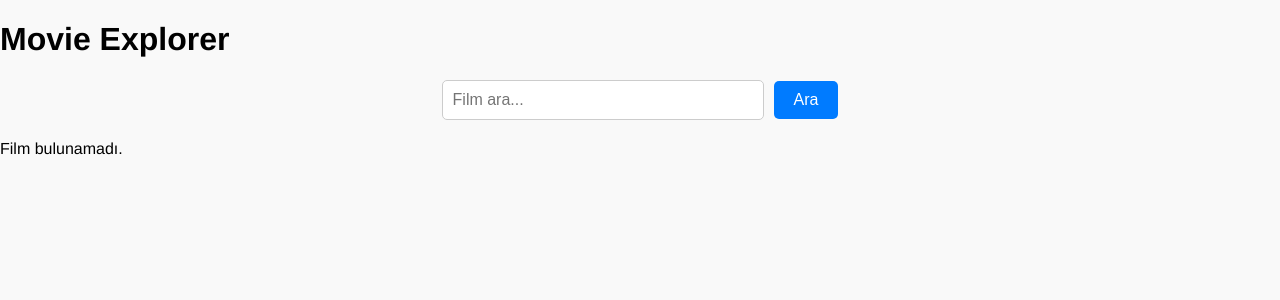
Repository: denizdizi/movie-explorer
Page: /
The author's editor kept a copy of each file at every save. The page is drawn from the files as they stood at one save, then again after the next save.
The browser window is 1280 px wide. The pictures show the whole page.
The page's requests for data from a server got no answer. The project was rebuilt for these pictures with package versions that can differ from the ones it lists, and the page was loaded fresh each time. No one was signed in, and anything a server would have sent is missing. Also part of the build but not shown: src/App.css, src/components/MovieCard.js.

Above is the page before, as saved 2025-03-28 11:09:54.

### src/index.js
import React from 'react';
import ReactDOM from 'react-dom/client';
import './index.css';
import App from './App';
import reportWebVitals from './reportWebVitals';
import { Provider } from 'react-redux';
import store from "./store/store";

const root = ReactDOM.createRoot(document.getElementById('root'));
root.render(
  <Provider store={store}>
    <App />
  </Provider>
);

// If you want to start measuring performance in your app, pass a function
// to log results (for example: reportWebVitals(console.log))
// or send to an analytics endpoint. Learn more: https://bit.ly/CRA-vitals
reportWebVitals();

### src/App.js
import './App.css';
import React from "react";
import { BrowserRouter as Router, Routes, Route } from "react-router-dom";
import Home from "./pages/Home";
import "./styles/global.scss";

function App() {
  return (
    <Router>
      <Routes>
        <Route path="/" element={<Home />} />
        {/* <Route path="/movie/:id" element={<MovieDetails />} /> */}
      </Routes>
    </Router>
  );
}

export default App;

### src/store/store.js
import { createStore, applyMiddleware, combineReducers } from "redux";
import { thunk } from "redux-thunk";
import movieReducer from "./reducers";

const rootReducer = combineReducers({
  movies: movieReducer,
});

const store = createStore(rootReducer, applyMiddleware(thunk));

export default store;

### src/pages/Home.js
import React, { useEffect } from "react";
import { useDispatch, useSelector } from "react-redux";
import { fetchMovies } from "../store/actions";
import MovieList from "../components/MovieList";
import SearchBar from "../components/SearchBar";

const Home = () => {
  const dispatch = useDispatch();
  const { movies, loading, error } = useSelector((state) => state.movies);

  useEffect(() => {
    dispatch(fetchMovies("pokemon")); // Varsayılan olarak bir film listesi getir
  }, [dispatch]);

  return (
    <div>
      <h1>Movie Explorer</h1>
      <SearchBar />
      {loading && <p>Yükleniyor...</p>}
      {error && <p>Hata: {error}</p>}
      <MovieList movies={movies} />
    </div>
  );
};

export default Home;

### src/styles/global.scss
body {
    font-family: 'Franklin Gothic Medium', 'Arial Narrow', Arial, sans-serif;
    background-color: #f9f9f9;
}

.movie-list {
    justify-content: center;
}

.movie-line {
  display: flex;
  align-items: center;
  margin-bottom: 2em;
  background-color: #f9f9f9;
  gap: 2em;
  justify-content: center;
}

.movie-card {
  width: 200px; /* Kartın genişliği */
  height: 300px; /* Kartın yüksekliği */
  border-radius: 10px; /* Köşeleri yuvarlat */
  box-shadow: 0 4px 8px rgba(0, 0, 0, 0.2); /* Gölgelendirme */
  overflow: hidden; /* İçerik taşmasını engelle */
  background-color: #fff; /* Arka plan beyaz */
  display: flex;
  flex-direction: column; /* İçeriği dikey yerleştir */
  align-items: center;
  justify-content: flex-start; /* Başlık ve içerikler üst kısımda yer alsın */
  padding: 10px;
  border: 1px solid #ddd; /* Çerçeve */
}

.img-container {
  width: 100%; /* Konteynerin genişliği */
  height: 60%; /* Resmin yüksekliği */
  overflow: hidden;
  padding: 0; /* Paddingi sıfırlayın */
  display: flex;
  justify-content: center;
  align-items: center; /* Resmin ortalanması için */
  border-radius: 5px;
}

.img-container img {
  width: 100%;
  height: 100%;
  object-fit: cover; /* Resmi konteynere tam sığdır */
  object-position: center;
}

.movie-card h3 {
  margin-top: 10px;
  font-size: 16px;
  text-align: center;
}

@media (max-width: 700px) {
  .movie-line {
    flex-direction: column;
  }

  .img-container {
    height: 60%; /* Küçük ekranlarda img-container yüksekliğini azaltın */
  }
}

.search-bar {
    display: flex;
    align-items: center;
    justify-content: center;
    margin: 20px 0;
  }

  .input-wrapper {
    display: flex;
    position: relative;
  }

  .search-input {
    padding: 10px;
    font-size: 1rem;
    border-radius: 5px;
    border: 1px solid #ccc;
    width: 300px;
    transition: all 0.3s ease;
  }

  .search-input:focus {
    border-color: #007bff;
    outline: none;
  }

  .clear-btn {
    position: absolute;
    top: 50%;
    right: 10px;
    transform: translateY(-50%);
    background: none;
    border: none;
    font-size: 18px;
    color: #ccc;
    cursor: pointer;
    transition: color 0.3s;
  }

  .clear-btn:hover {
    color: #007bff;
  }

  .search-btn {
    padding: 10px 20px;
    background-color: #007bff;
    color: white;
    border: none;
    border-radius: 5px;
    cursor: pointer;
    margin-left: 10px;
    font-size: 1rem;
  }

  .search-btn:hover {
    background-color: #0056b3;
  }

### src/store/reducers.js
import { FETCH_MOVIES_REQUEST, FETCH_MOVIES_SUCCESS, FETCH_MOVIES_FAILURE } from "./actions";

const initialState = {
  movies: [],
  loading: false,
  error: null,
};

const movieReducer = (state = initialState, action) => {
  switch (action.type) {
    case FETCH_MOVIES_REQUEST:
      return { ...state, loading: true };
    case FETCH_MOVIES_SUCCESS:
      return { ...state, loading: false, movies: action.payload };
    case FETCH_MOVIES_FAILURE:
      return { ...state, loading: false, error: action.payload };
    default:
      return state;
  }
};

export default movieReducer;

### src/store/actions.js
import { searchMovies } from "../utils/api";

export const FETCH_MOVIES_REQUEST = "FETCH_MOVIES_REQUEST";
export const FETCH_MOVIES_SUCCESS = "FETCH_MOVIES_SUCCESS";
export const FETCH_MOVIES_FAILURE = "FETCH_MOVIES_FAILURE";

export const fetchMovies = (query = "pokemon", page = 1) => async (dispatch) => {
  dispatch({ type: FETCH_MOVIES_REQUEST });

  try {
    const movies = await searchMovies(query, page);
    dispatch({ type: FETCH_MOVIES_SUCCESS, payload: movies });
  } catch (error) {
    dispatch({ type: FETCH_MOVIES_FAILURE, payload: error.message });
  }
};

### src/components/MovieList.js
import React from "react";
import MovieCard from "./MovieCard";

const MovieList = ({ movies }) => {
  if (!movies || movies.length === 0) {
    return <p>Film bulunamadı.</p>;
  }

  return (
    <div className="movie-list">
      <div className="row movie-line">
        {movies.slice(0, 5).map((movie) => (
          <MovieCard key={movie.imdbID} movie={movie} />
        ))}
      </div>
      <div className="row movie-line">
        {movies.slice(5, 10).map((movie) => (
          <MovieCard key={movie.imdbID} movie={movie} />
        ))}
      </div>
    </div>
  );
};

export default MovieList;

### src/components/SearchBar.js
import React, { useState } from "react";
import { useDispatch } from "react-redux";
import { fetchMovies } from "../store/actions";

const SearchBar = () => {
  const [query, setQuery] = useState("");
  const dispatch = useDispatch();

  const handleSearch = (e) => {
    e.preventDefault();
    if (query.trim() !== "") {
      dispatch(fetchMovies(query));
    }
  };

  return (
    <form onSubmit={handleSearch} className="search-bar">
      <div className="input-wrapper">
        <input
          type="text"
          placeholder="Film ara..."
          value={query}
          onChange={(e) => setQuery(e.target.value)}
          className="search-input"
        />
      </div>
      <button type="submit" className="search-btn">
        Ara
      </button>
    </form>
  );
};

export default SearchBar;

### src/utils/api.js
import axios from "axios";

const API_KEY = "df54e6ed";
const BASE_URL = "https://www.omdbapi.com/";

export const searchMovies = async (text = "pokemon", page = 1) => {
  try {
    const response = await axios.get(BASE_URL, {
      params: {
        apikey: API_KEY,
        s: text,
        page: page,
      },
    });
    return response.data.Search;
  } catch (error) {
    console.error("Film arama hatası:", error);
    return [];
  }
};

export const getMovieDetails = async (movieID) => {
  try {
    const response = await axios.get(BASE_URL, {
      params: {
        apikey: API_KEY,
        i: movieID,
      },
    });
    return response.data;
  } catch (error) {
    console.error("Film detaylarını getirme hatası:", error);
    return null;
  }
};

Loaded but not shown: public/index.html (common file); src/index.css (common file); src/reportWebVitals.js (common file); src/styles/movie.scss (no stored copy; drawn as an empty file)

After the next save:
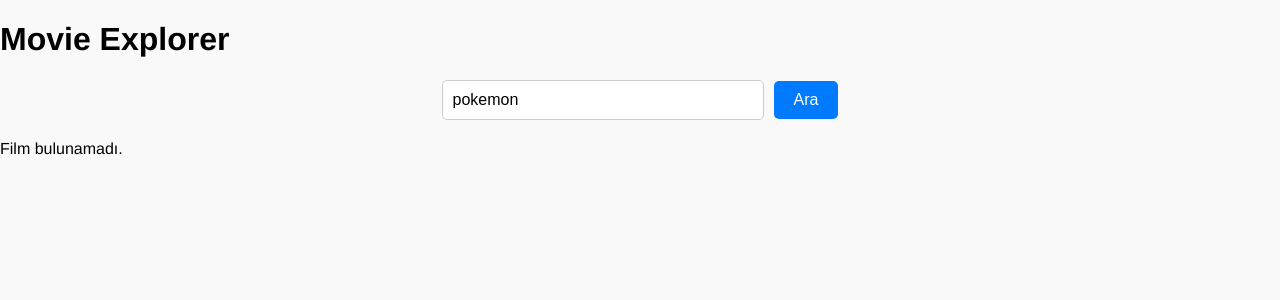
Saved 2 min 27 s later.
--- a/src/components/SearchBar.js
+++ b/src/components/SearchBar.js
@@ -3,7 +3,7 @@ import { useDispatch } from "react-redux";
 import { fetchMovies } from "../store/actions";
 
 const SearchBar = () => {
-  const [query, setQuery] = useState("");
+  const [query, setQuery] = useState("pokemon");
   const dispatch = useDispatch();
 
   const handleSearch = (e) => {
